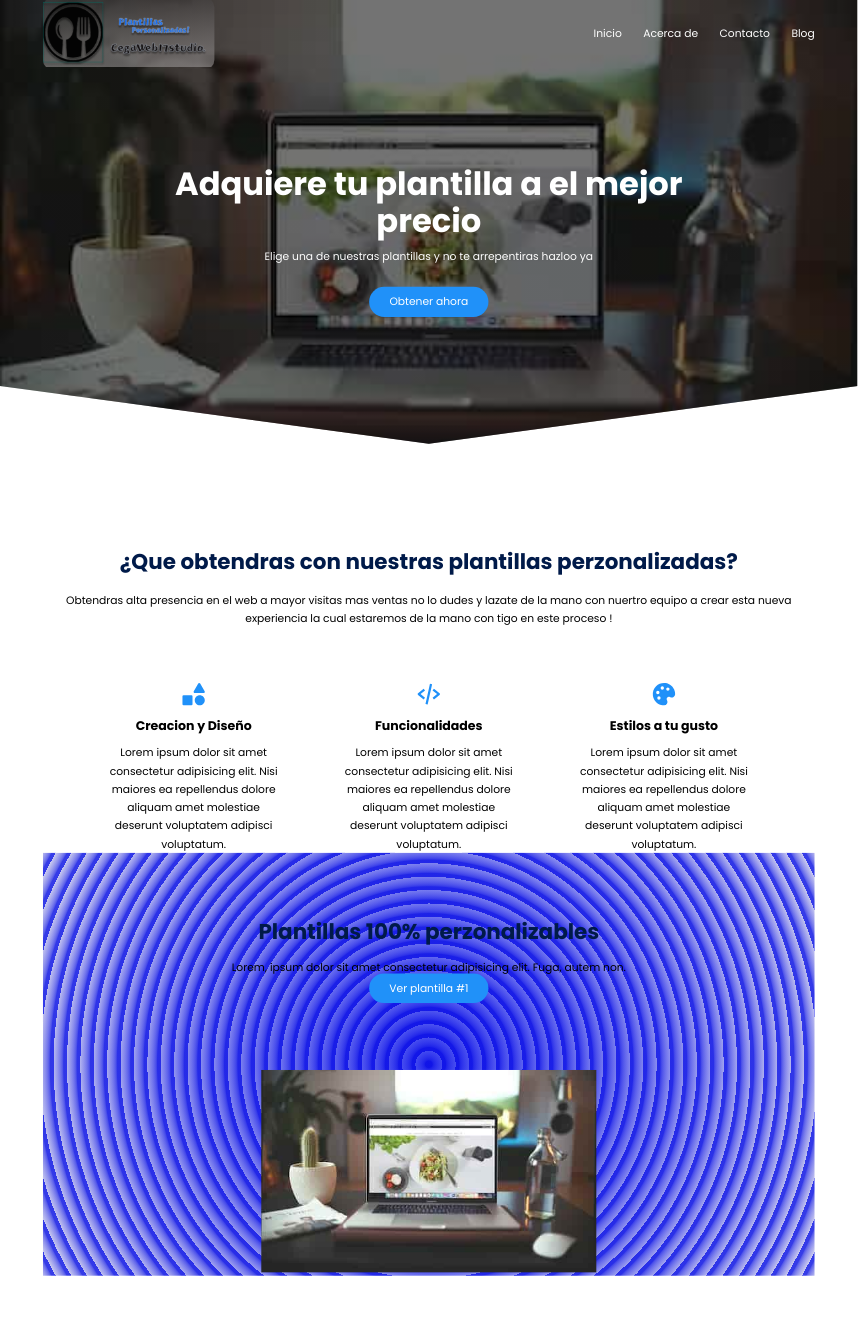
Repository: cega17/una-pagina-web
Page: index.html
The author's editor kept a copy of each file at every save. The page is drawn from the files as they stood at one save, then again after the next save.
The browser window is 1280 px wide. The pictures show the whole page, at 67% of full size.

Above is the page before, as saved 2023-10-30 00:06:23.

After the next save:
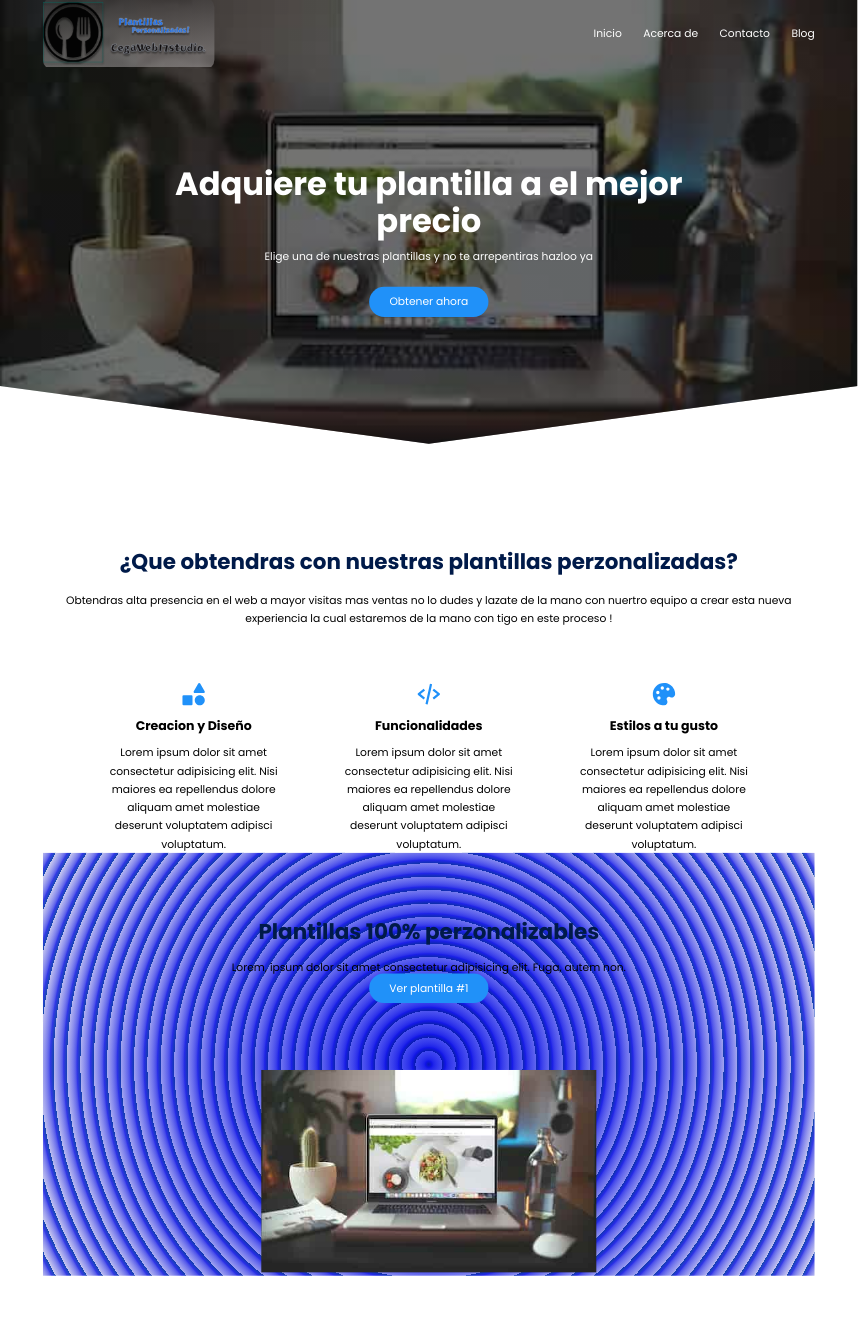
Saved 47 s later.
--- a/css/styles.css
+++ b/css/styles.css
@@ -159,7 +159,7 @@ body {
 
 .knowledge{
     background-color: #e5e5f7;
-    background-image: radial-gradient(circle at center center, #444cf7, #e5e5f7), repeating-radial-gradient(circle at center center, #444cf7, #444cf7, 10px, transparent 20px, transparent 10px);
+    background-image: radial-gradient(circle at center center, #444cf7, #e5e5f7), repeating-radial-gradient(circle at center center, #1e5fba, #444cf7, 10px, transparent 20px, transparent 10px);
     background-blend-mode: multiply;
     overflow: hidden;
 }
